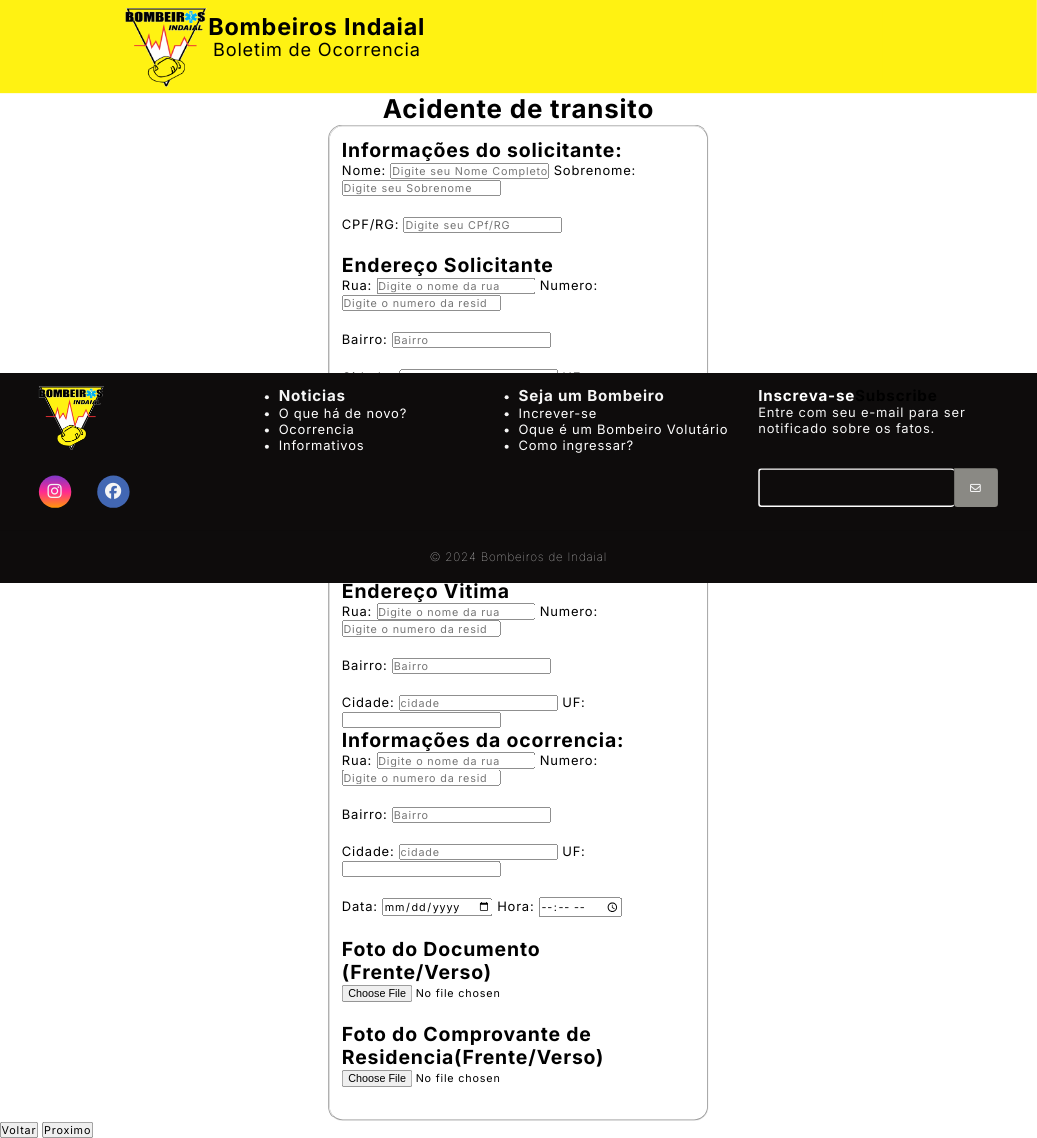
Repository: ThaylonKnopf/ProjetoBV
Page: AcidenteTransito/transitoparente/Form.html
The author's editor kept a copy of each file at every save. The page is drawn from the files as they stood at one save, then again after the next save.
The browser window is 1280 px wide. The pictures show the whole page, at 81% of full size.

Above is the page before, as saved 2024-04-08 11:38:37.

After the next save:
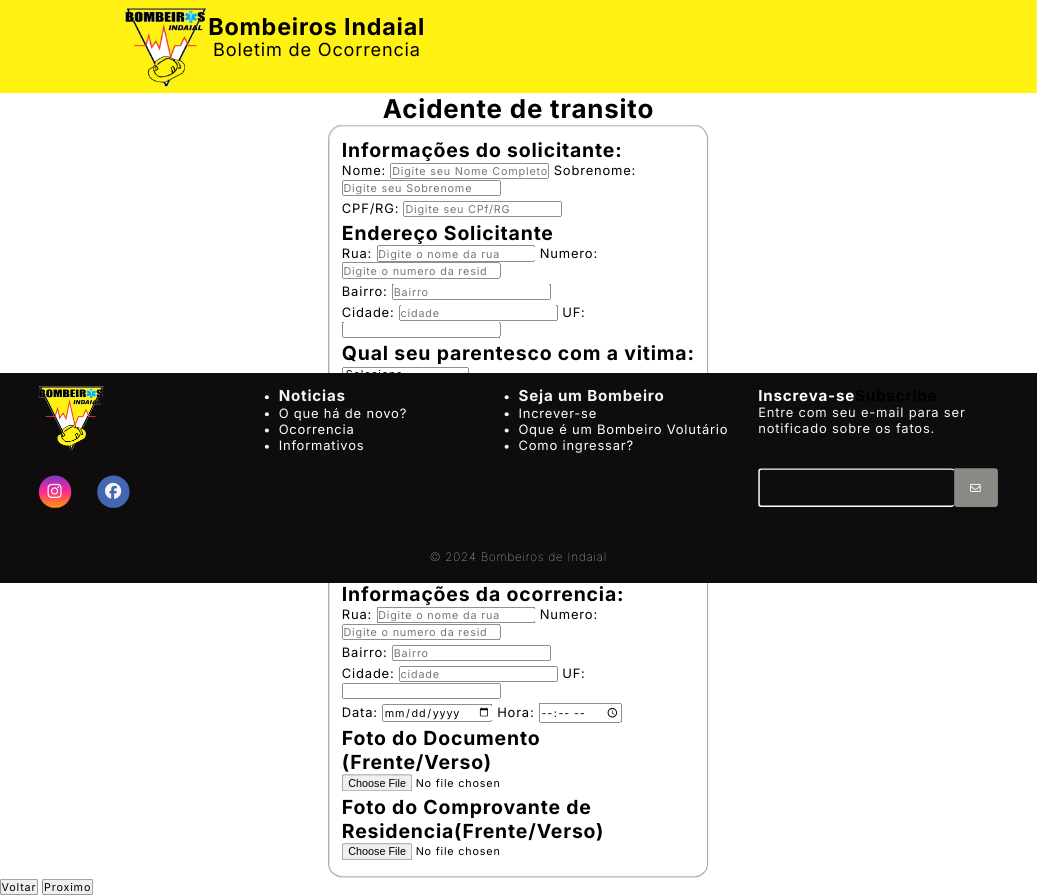
Saved 4 s later.
--- a/AcidenteTransito/transitoparente/estilo-fato.css
+++ b/AcidenteTransito/transitoparente/estilo-fato.css
@@ -36,7 +36,7 @@
     padding: 15px;
 }
 fieldset div{
-    margin-bottom: 25px;
+    margin-bottom: 5px;
 }
 
 @media (max-width: 970px) {
